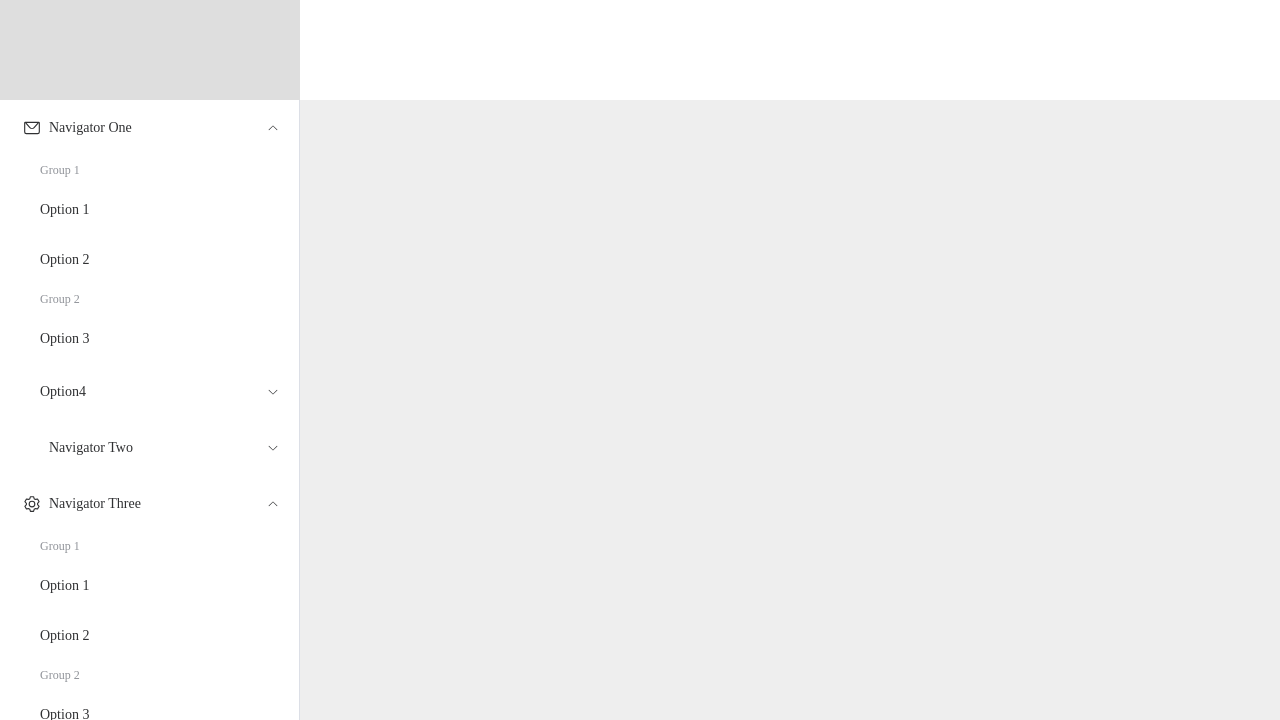
Repository: secret47/test-office-demo
Page: /dashboard
An editor plug-in stored every save of this project. The page is shown before and after the next save, followed by the edit.
The browser window is 1280 px wide. The pictures show the whole page.
The project was rebuilt for these pictures with package versions that can differ from the ones it lists, and the page was loaded fresh each time. Also part of the build but not shown: vite.config.js.

Above is the page before, as saved 2024-10-28 16:46:35.

### src/main.js
import { createApp } from 'vue'
import '@/style/main.scss'
import App from './App.vue'
import router from './router'

import lang from "./local"


import ElementPlus from "element-plus";
import 'element-plus/dist/index.css'
import * as ElementPlusIconsVue from '@element-plus/icons-vue'

const app = createApp(App);

for (const [key, component] of Object.entries(ElementPlusIconsVue)) {
    app.component(key, component)
}

app.use(lang)
app.use(ElementPlus)
app.use(router)
app.mount('#app')

### src/style/main.scss
* {
    padding: 0;
    margin: 0;
}

html,
body {
    width: 100%;
    height: 100%;
    background: #ffffff;
}

#app {
    width: 100%;
    height: 100%;
}

### src/App.vue
<template>
  <!-- <div> -->
    <router-view />
  <!-- </div> -->
</template>

### src/router/index.js
import { createRouter, createWebHistory } from 'vue-router'
import layouts from "../layouts/index.vue"

const routes = [
    {
        path: '/',
        name: 'Login',
        component: () => import('@/views/login.vue'),
    },
    // 其他路由...
    {
        path: "/dashboard",
        name: "Dashboard",
        component: layouts,
        meta: {
            title: "控制中心"
        },
        children: [
            {
                path: "/",
                name: "basic",
                meta: {
                    title: "基础管理"
                },
                component: () => import("@/views/dashboard/basic/index.vue")

            }
        ]
    }
]

const router = createRouter({
    history: createWebHistory(),
    routes
})

export default router

### src/local/index.js
import { createI18n } from "vue-i18n";

import message from "./language"
const i18n = createI18n({
    locale: "zh",
    fallbackLocale: "zh",
    messages: message
})

export default i18n;

### src/layouts/index.vue
<template>
    <div class="layout">
        <el-container>
            <el-aside width="300px" class="side">
                <div class="logo"></div>
                <MenuComponent />
            </el-aside>
            <el-container class="container">
                <el-header>
                    <el-icon @click="toggleCollapse" class="toggle-icon">
                        <i class="toggle-icon-class"></i>
                    </el-icon>
                </el-header>
                <el-main>
                    <router-view></router-view>
                </el-main>
            </el-container>
        </el-container>
    </div>
</template>

<script setup>
import MenuComponent from "./components/menu.vue"
import { ref } from 'vue';
const isCollapse = ref(false);
const toggleCollapse = () => {
    isCollapse.value = !isCollapse.value;
};
</script>

<style lang="scss" scoped>
.layout {
    width: 100%;
    height: 100%;

    .el-container {
        width: 100%;
        height: 100%;
    }

    .side {
        height: 100%;
        background: #dedede;

        .logo {
            width: 100%;
            height: 100px;
        }
    }

    .container {
        width: calc(100% - 300px);
        height: 100%;

        .el-header {
            width: 100%;
            height: 100px;
            background: #ffffff;
        }

        .el-main {
            background: #eeeeee;
        }
    }
}
</style>

### src/local/language/index.js
import zh from "./zh"
import en from "./en"

export default {
    ...en,
    ...zh
}

### src/layouts/components/menu.vue
<template>
    <el-menu class="menu" :default-openeds="['1', '3']" :collapse="isCollapse">
      <el-sub-menu index="1">
        <template #title>
          <el-icon>
            <message />
          </el-icon>Navigator One
        </template>
        <el-menu-item-group>
          <template #title>Group 1</template>
          <el-menu-item index="1-1">Option 1</el-menu-item>
          <el-menu-item index="1-2">Option 2</el-menu-item>
        </el-menu-item-group>
        <el-menu-item-group title="Group 2">
          <el-menu-item index="1-3">Option 3</el-menu-item>
        </el-menu-item-group>
        <el-sub-menu index="1-4">
          <template #title>Option4</template>
          <el-menu-item index="1-4-1">Option 4-1</el-menu-item>
        </el-sub-menu>
      </el-sub-menu>
      <el-sub-menu index="2">
        <template #title>
          <el-icon><icon-menu /></el-icon>Navigator Two
        </template>
        <el-menu-item-group>
          <template #title>Group 1</template>
          <el-menu-item index="2-1">Option 1</el-menu-item>
          <el-menu-item index="2-2">Option 2</el-menu-item>
        </el-menu-item-group>
        <el-menu-item-group title="Group 2">
          <el-menu-item index="2-3">Option 3</el-menu-item>
        </el-menu-item-group>
        <el-sub-menu index="2-4">
          <template #title>Option 4</template>
          <el-menu-item index="2-4-1">Option 4-1</el-menu-item>
        </el-sub-menu>
      </el-sub-menu>
      <el-sub-menu index="3">
        <template #title>
          <el-icon>
            <setting />
          </el-icon>Navigator Three
        </template>
        <el-menu-item-group>
          <template #title>Group 1</template>
          <el-menu-item index="3-1">Option 1</el-menu-item>
          <el-menu-item index="3-2">Option 2</el-menu-item>
        </el-menu-item-group>
        <el-menu-item-group title="Group 2">
          <el-menu-item index="3-3">Option 3</el-menu-item>
        </el-menu-item-group>
        <el-sub-menu index="3-4">
          <template #title>Option 4</template>
          <el-menu-item index="3-4-1">Option 4-1</el-menu-item>
        </el-sub-menu>
      </el-sub-menu>
    </el-menu>
  </template>

  <script setup>
  import { ref } from 'vue';
  const isCollapse = ref(false);
  </script>

  <style lang="scss" scoped>
  .menu:not(.el-menu--collapse) {
    width: 300px;
    min-height: 400px;
  }
  </style>

### src/local/language/zh.js
export default{
    zh:{
        title:"后台管理系统",
        login:"登录",
        username:"用户名",
        password:"密码",
        remember:"记住密码",
        forget:"忘记密码",
    }
}

### src/local/language/en.js
export default{
    en:{
        title:"system management"
    }
}

Loaded but not shown: index.html (common file)

After the next save:
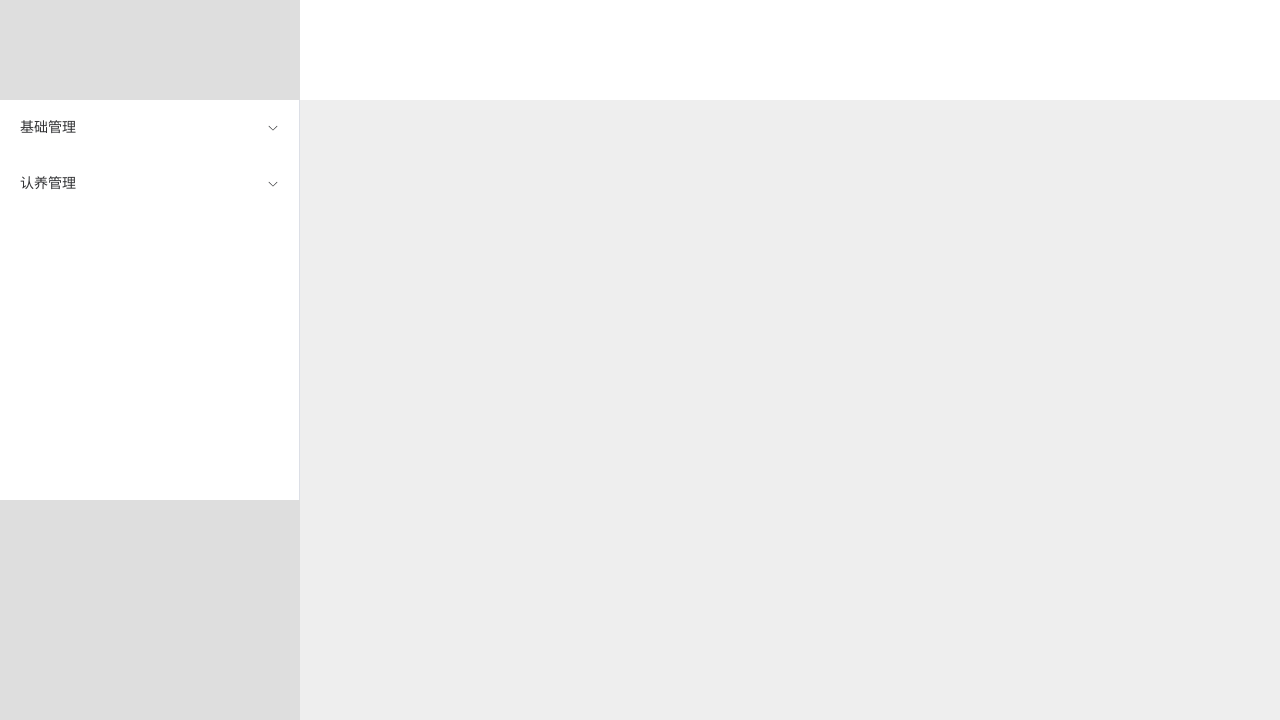
Saved 3 min 57 s later.
--- a/src/layouts/components/menu.vue
+++ b/src/layouts/components/menu.vue
@@ -1,71 +1,25 @@
 <template>
-    <el-menu class="menu" :default-openeds="['1', '3']" :collapse="isCollapse">
-      <el-sub-menu index="1">
-        <template #title>
-          <el-icon>
-            <message />
-          </el-icon>Navigator One
-        </template>
-        <el-menu-item-group>
-          <template #title>Group 1</template>
-          <el-menu-item index="1-1">Option 1</el-menu-item>
-          <el-menu-item index="1-2">Option 2</el-menu-item>
-        </el-menu-item-group>
-        <el-menu-item-group title="Group 2">
-          <el-menu-item index="1-3">Option 3</el-menu-item>
-        </el-menu-item-group>
-        <el-sub-menu index="1-4">
-          <template #title>Option4</template>
-          <el-menu-item index="1-4-1">Option 4-1</el-menu-item>
+    <el-menu class="menu">
+        <el-sub-menu index="1">
+            <template #title>基础管理</template>
+            <el-menu-item index="1-1">蜂场管理</el-menu-item>
+            <el-menu-item index="1-2">蜂箱管理</el-menu-item>
         </el-sub-menu>
-      </el-sub-menu>
-      <el-sub-menu index="2">
-        <template #title>
-          <el-icon><icon-menu /></el-icon>Navigator Two
-        </template>
-        <el-menu-item-group>
-          <template #title>Group 1</template>
-          <el-menu-item index="2-1">Option 1</el-menu-item>
-          <el-menu-item index="2-2">Option 2</el-menu-item>
-        </el-menu-item-group>
-        <el-menu-item-group title="Group 2">
-          <el-menu-item index="2-3">Option 3</el-menu-item>
-        </el-menu-item-group>
-        <el-sub-menu index="2-4">
-          <template #title>Option 4</template>
-          <el-menu-item index="2-4-1">Option 4-1</el-menu-item>
+        <el-sub-menu index="2">
+            <template #title>认养管理</template>
+            <el-menu-item index="2-1">认养设置</el-menu-item>
         </el-sub-menu>
-      </el-sub-menu>
-      <el-sub-menu index="3">
-        <template #title>
-          <el-icon>
-            <setting />
-          </el-icon>Navigator Three
-        </template>
-        <el-menu-item-group>
-          <template #title>Group 1</template>
-          <el-menu-item index="3-1">Option 1</el-menu-item>
-          <el-menu-item index="3-2">Option 2</el-menu-item>
-        </el-menu-item-group>
-        <el-menu-item-group title="Group 2">
-          <el-menu-item index="3-3">Option 3</el-menu-item>
-        </el-menu-item-group>
-        <el-sub-menu index="3-4">
-          <template #title>Option 4</template>
-          <el-menu-item index="3-4-1">Option 4-1</el-menu-item>
-        </el-sub-menu>
-      </el-sub-menu>
     </el-menu>
-  </template>
+</template>
 
-  <script setup>
-  import { ref } from 'vue';
-  const isCollapse = ref(false);
-  </script>
+<script setup>
+import { ref } from 'vue';
+const isCollapse = ref(false);
+</script>
 
-  <style lang="scss" scoped>
-  .menu:not(.el-menu--collapse) {
+<style lang="scss" scoped>
+.menu:not(.el-menu--collapse) {
     width: 300px;
     min-height: 400px;
-  }
-  </style>
+}
+</style>
